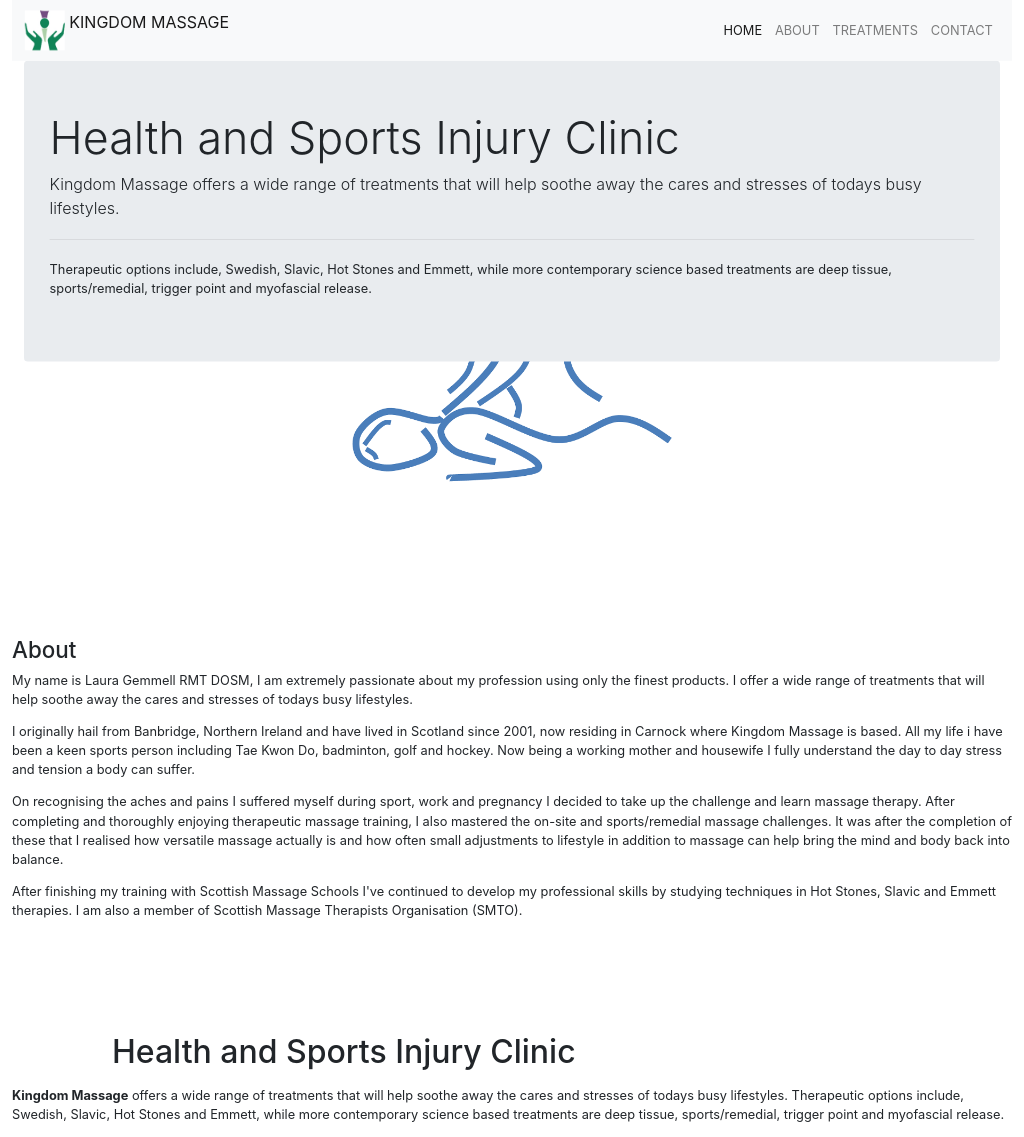
Repository: dalecars/User-Centric-Frontend-Development-Milestone-Project
Page: index.html
The author's editor kept a record of every edit. The page is drawn from the files as they stood at one moment, then again after the next edit.
The browser window is 1280 px wide. The pictures show the whole page, at 80% of full size.
Backgrounds fixed to the window are drawn as part of the page.

Above is the page before.

### index.html
<!DOCTYPE html>
<html lang="en">
<head>
    <meta charset="UTF-8">
    <meta name="viewport" content="width=device-width, initial-scale=1.0">
    <meta http-equiv="X-UA-Compatible" content="ie=edge">
    <link rel="stylesheet" href="https://maxcdn.bootstrapcdn.com/bootstrap/4.1.3/css/bootstrap.min.css">
    <link rel="stylesheet" href="assets/css/style.css" type="text/css" />
    <title>Kingdom Massage</title>
</head>
<body>

<!-- ########### Header ########### -->

    <header class="container-fluid">
        <nav class="navbar navbar-expand-lg navbar-light bg-light navbar-fixed-top">
            <a class="navbar-brand" href="#">
                <img src="assets/images/logo.jpg" width="50" height="50" class="d-inline-block align-top" alt="logo">
                Kingdom Massage
            </a>


            <button class="navbar-toggler" type="button" data-toggle="collapse" data-target="#navbarNavDropdown" aria-controls="navbarNavDropdown" aria-expanded="false" aria-label="Toggle navigation">
                <span class="navbar-toggler-icon"></span>
            </button>

            <div class="collapse navbar-collapse" id="navbarNavDropdown">
                <div class="navbar-nav ml-auto">
                    <a class="nav-item nav-link active" href="#">Home <span class="sr-only">(current)</span></a>
                    <a class="nav-item nav-link" href="#">About</a>
                    <a class="nav-item nav-link" href="#">Treatments</a>
                    <a class="nav-item nav-link" href="#">Contact</a>
                </div>
            </div>
        </nav>

        <div class="container-fluid top-container">
            <div class="jumbotron">
                <h1 class="display-4">Health and Sports Injury Clinic</h1>
                <p class="lead">Kingdom Massage offers a wide range of treatments that will help soothe away the cares and stresses of todays busy lifestyles.</p>
                <hr class="my-4">
                <p>Therapeutic options include, Swedish, Slavic, Hot Stones and Emmett, while more contemporary science based treatments are deep tissue, sports/remedial, trigger point and myofascial release.</p>
            </div>
        </div>
     </header>

<!-- ########### About section ########### -->

    <section id="about">
        <div class="container-fluid about-container">
            <h3>About</h3>
            <p>My name is Laura Gemmell RMT DOSM, I am extremely passionate about my profession using only the finest products. I offer a wide range of treatments
            that will help soothe away the cares and stresses of todays busy lifestyles.</p>

            <p>I originally hail from Banbridge, Northern Ireland and have lived in Scotland since 2001, now residing in Carnock where Kingdom Massage is based.
            All my life i have been a keen sports person including Tae Kwon Do, badminton, golf and hockey. Now being a working mother and housewife I fully
            understand the day to day stress and tension a body can suffer.</p>

            <p>On recognising the aches and pains I suffered myself during sport, work and pregnancy I decided to take up the challenge and learn massage therapy.
            After completing and thoroughly enjoying therapeutic massage training, I also mastered the on-site and sports/remedial massage challenges. It was after
            the completion of these that I realised how versatile massage actually is and how often small adjustments to lifestyle in addition to massage can help
            bring the mind and body back into balance.</p>

            <p>After finishing my training with Scottish Massage Schools I've continued to develop my professional skills by studying techniques in Hot Stones,
            Slavic and Emmett therapies. I am also a member of Scottish Massage Therapists Organisation (SMTO).</p>
        </div>
    </section>


 <!-- ########### Treatmeant section ########### -->

     <section id="treatments">
        <div class="container-fluid about-container">
                <div class="title">
                    <h1>Health and Sports Injury Clinic</h3>
                </div>
                <div class="description">
                    <p><Strong>Kingdom Massage</strong> offers a wide range of treatments that will help soothe away the cares and stresses of todays busy
                    lifestyles. Therapeutic options include, Swedish, Slavic, Hot Stones and Emmett, while more contemporary science based treatments are deep tissue,
                    sports/remedial, trigger point and myofascial release.</p>
                </div>
        </div>
    </section>


  <!-- ########### Footer ########### -->

    <footer>
        <script src="https://code.jquery.com/jquery-3.3.1.slim.min.js" integrity="sha384-q8i/X+965DzO0rT7abK41JStQIAqVgRVzpbzo5smXKp4YfRvH+8abtTE1Pi6jizo" crossorigin="anonymous"></script>
        <script src="https://cdnjs.cloudflare.com/ajax/libs/popper.js/1.14.7/umd/popper.min.js" integrity="sha384-UO2eT0CpHqdSJQ6hJty5KVphtPhzWj9WO1clHTMGa3JDZwrnQq4sF86dIHNDz0W1" crossorigin="anonymous"></script>
        <script src="https://stackpath.bootstrapcdn.com/bootstrap/4.3.1/js/bootstrap.min.js" integrity="sha384-JjSmVgyd0p3pXB1rRibZUAYoIIy6OrQ6VrjIEaFf/nJGzIxFDsf4x0xIM+B07jRM" crossorigin="anonymous"></script>
    </footer>

 </body>
</html>

### assets/css/style.css
body {
    margin: 0px;
    padding-top: 0px;
}


/* navbar */

.navbar {
    background: none;
    text-transform: uppercase;
}

.navbar-nav {
    text-align: right;
}



.top-container {
    height: 100vh;
    background: url("../images/massage-background.png") no-repeat center center fixed;
    -webkit-background-size: cover;
    -moz-background-size: cover;
    -o-background-size: cover;
    background-size: cover;
}

.title-container {
    background-color: transparent;
}

.title {
    padding-top: 10%;
    padding-left: 10%;
}

.description {
    padding-top: 10px;
    padding-left: 0;
}

After the next edit:
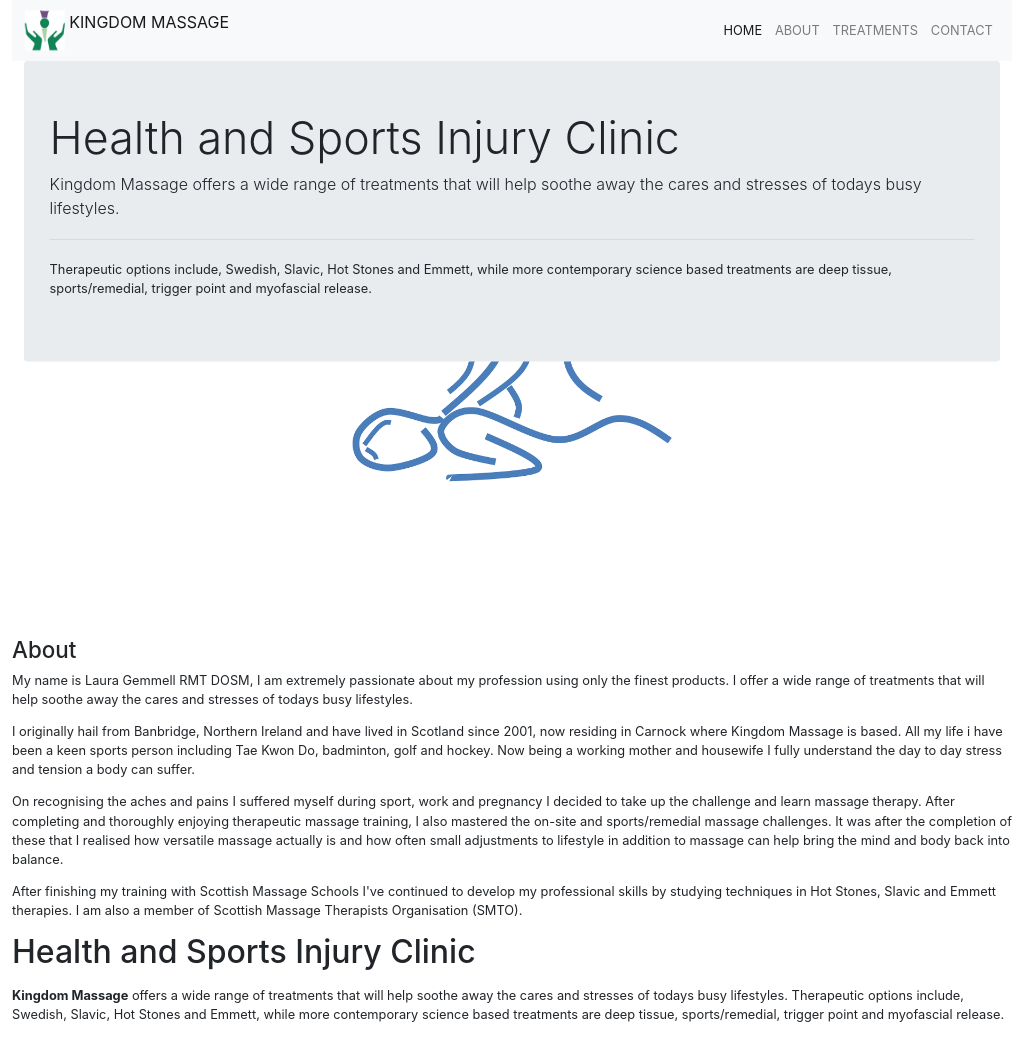
The edit:
--- a/assets/css/style.css
+++ b/assets/css/style.css
@@ -31,8 +31,7 @@
 }
 
 .title {
-    padding-top: 10%;
-    padding-left: 10%;
+
 }
 
 .description {
